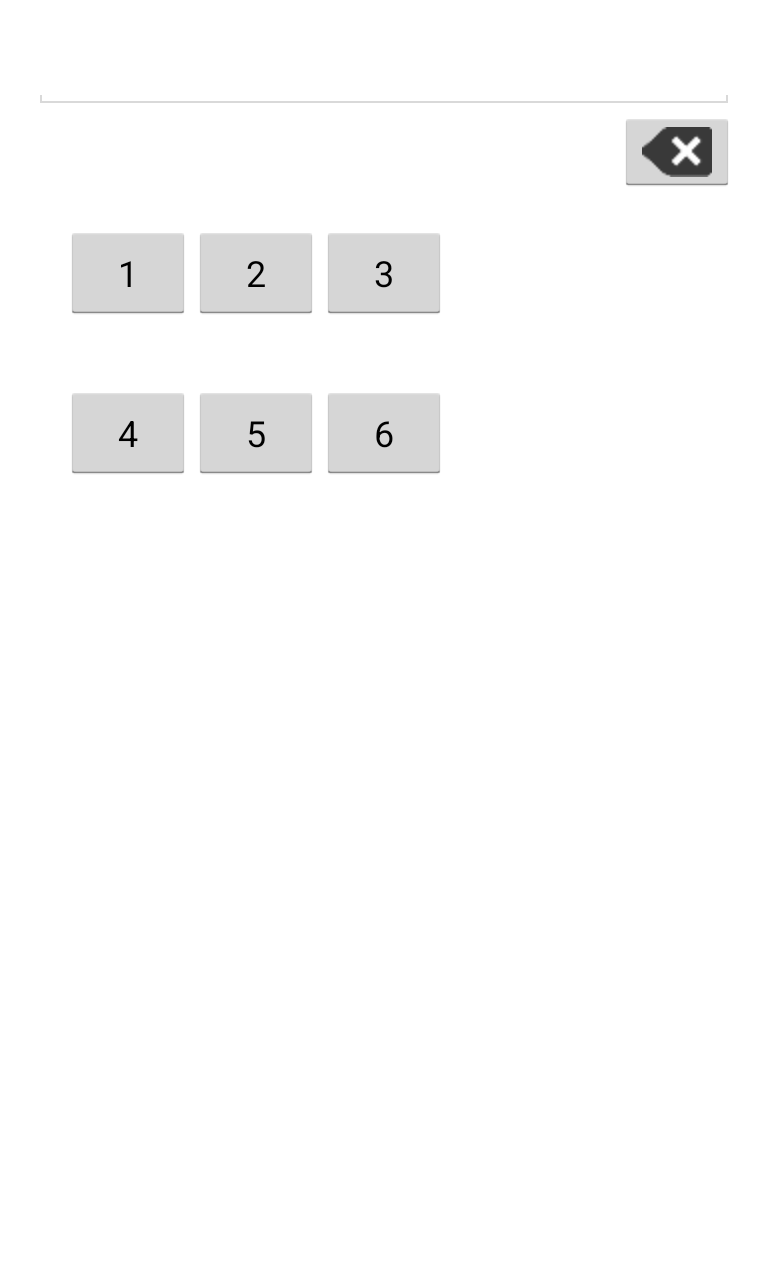
Repository: andreeastoican/Laborator03
Layout: PhoneDialer/res/layout/activity_phone_dialer.xml
These files come from the project's save history. The layout is drawn as it stood at one moment and after the next save; the edit follows.
It is drawn on a 768 x 1280 px phone screen (xhdpi) without system bars, with theme AppTheme; the app's code is not run.

Above is the layout before, as saved 2015-03-10 09:32:44.

After the next save:
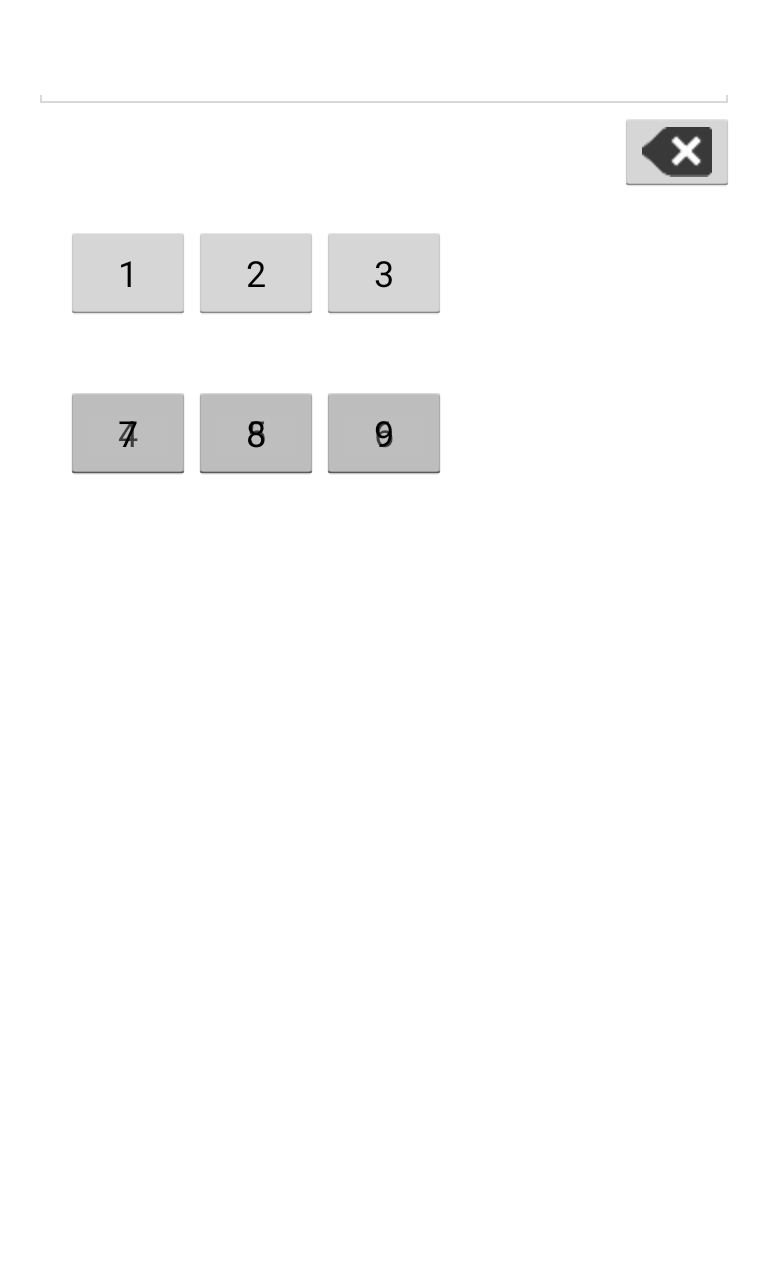
Saved 35 s later.
--- a/PhoneDialer/res/layout/activity_phone_dialer.xml
+++ b/PhoneDialer/res/layout/activity_phone_dialer.xml
@@ -88,6 +88,39 @@
 	        android:text="6"
 		    />
 
-	</LinearLayout>  "
+	</LinearLayout>
+
+
+	<LinearLayout
+	  android:layout_below="@id/layout1"
+	  android:id="@+id/layout2"
+	  android:layout_width="wrap_content"
+	  android:layout_height="wrap_content"
+	  android:paddingBottom="@dimen/activity_vertical_margin"
+	  android:paddingLeft="@dimen/activity_horizontal_margin"
+	  android:paddingRight="@dimen/activity_horizontal_margin"
+	  android:paddingTop="@dimen/activity_vertical_margin"
+	  android:orientation="horizontal">
+
+		<Button
+		    android:id="@+id/id7"
+		    android:layout_width="wrap_content"
+	        android:layout_height="wrap_content"
+	        android:text="7"
+		    />
+		<Button
+		    android:id="@+id/id8"
+		    android:layout_width="wrap_content"
+	        android:layout_height="wrap_content"
+	        android:text="8"
+		    />
+		<Button
+		    android:id="@+id/id9"
+		    android:layout_width="wrap_content"
+	        android:layout_height="wrap_content"
+	        android:text="9"
+		    />
+
+	</LinearLayout> "
 
 </RelativeLayout>
